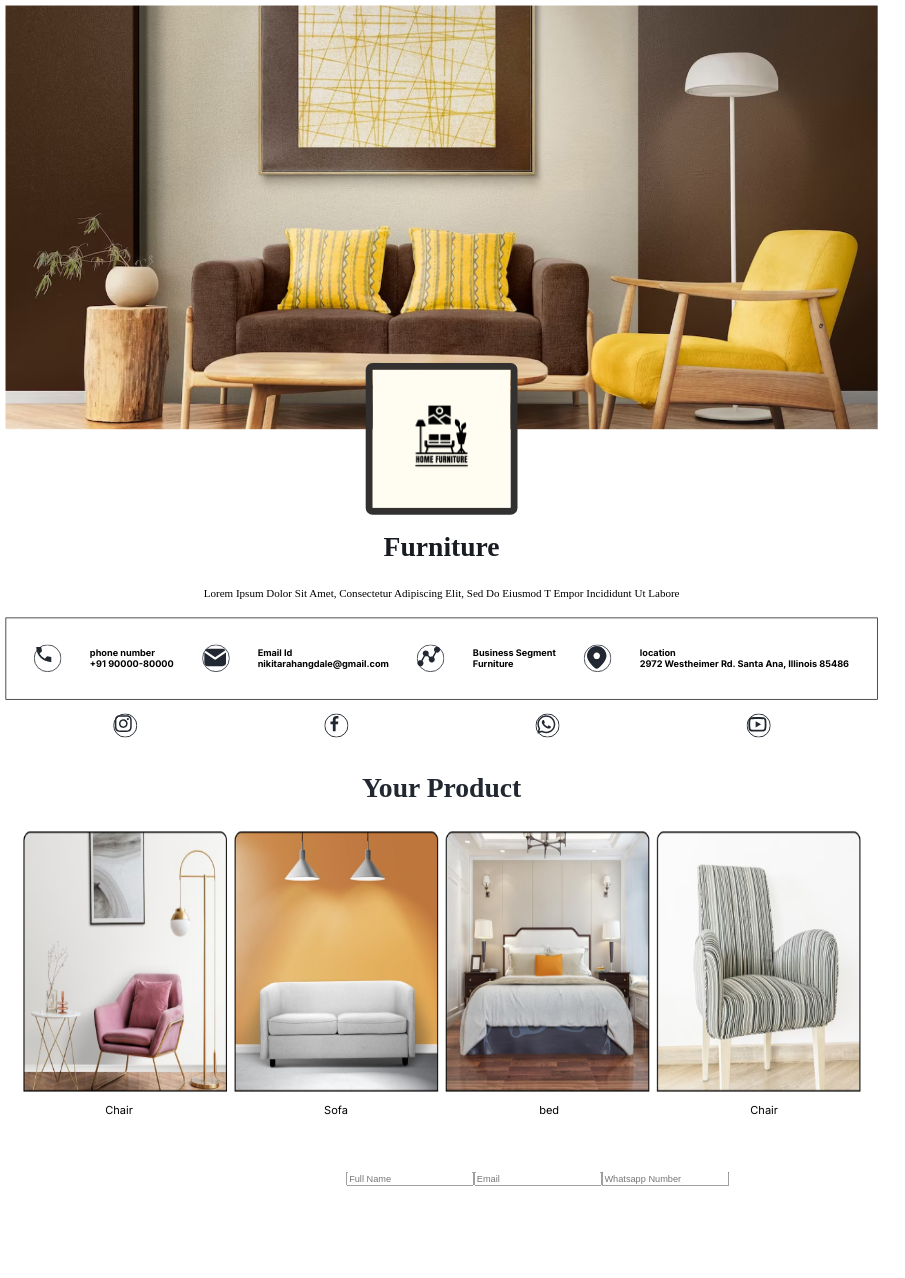
Repository: nikita120402/next13-deploy
Page: /
These files come from the project's save history. The page is drawn as it stood at one moment and after the next save; the edit follows.
The browser window is 1280 px wide. The page is 1312 px wide, so the pictures cover 1312 px, including what lies to the right of the window. The pictures show the whole page, at 69% of full size.
The project was rebuilt for these pictures with package versions that can differ from the ones it lists, and the page was loaded fresh each time. The framework's server and built-in components were replaced by stand-ins that run in the browser. Also part of the build but not shown: next.config.js.

Above is the page before, as saved 2023-08-07 16:59:02.

After the next save:
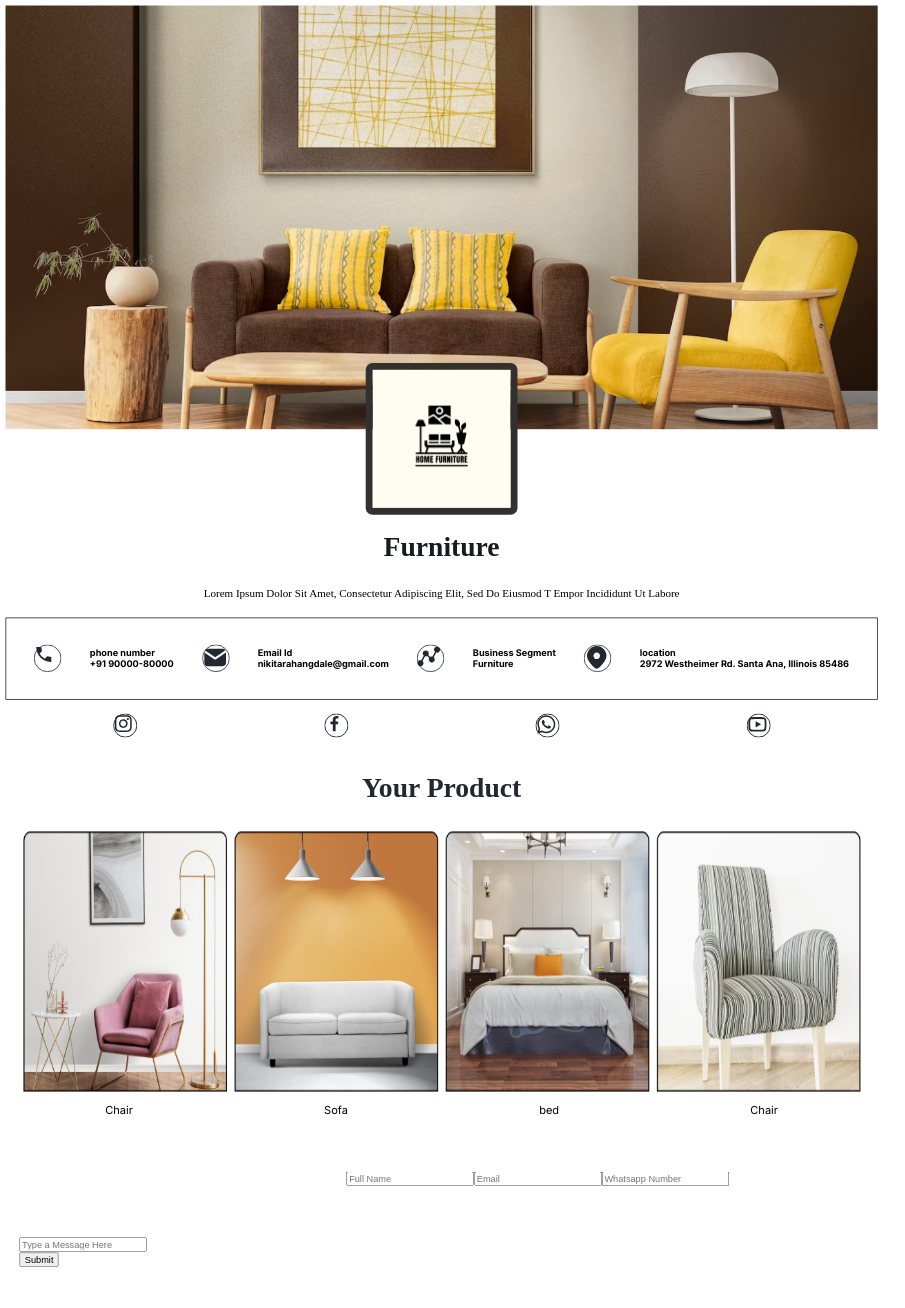
Saved 4 min 45 s later.
--- a/src/app/page.tsx
+++ b/src/app/page.tsx
@@ -125,6 +125,12 @@ export default function Page() {
   <input type="email" placeholder="Email"/>
   <input type="text" placeholder="Whatsapp Number"/>
   </div>
+  <div>
+    <input type="text" placeholder="Type a Message Here"/>
+  </div>
+  <div>
+    <button type="submit"> Submit</button>
+  </div>
   </form>
 
   </div>
